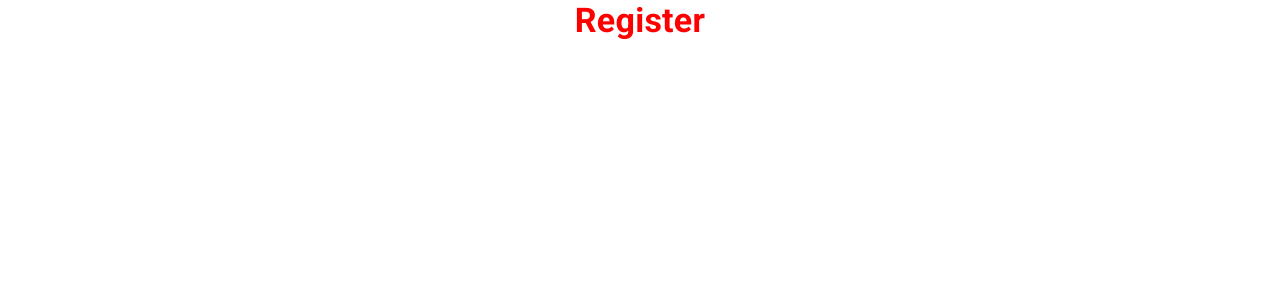
Repository: Sharif-00112/dogos-paradise-client
Page: /register
The author's editor kept a copy of each file at every save. The page is drawn from the files as they stood at one save, then again after the next save.
The browser window is 1280 px wide. The pictures show the whole page.
The project was rebuilt for these pictures with package versions that can differ from the ones it lists, and the page was loaded fresh each time. Also part of the build but not shown: src/Pages/Home/Home/Home.js, src/Pages/Login/Login/Login.js, src/Pages/NotFound/NotFound.js, src/Pages/Home/Contact/Contact.js.

Above is the page before, as saved 2022-11-30 21:12:25.

### public/index.html
<!DOCTYPE html>
<html lang="en">
  <head>
    <meta charset="utf-8" />
    <link rel="icon" href="%PUBLIC_URL%/favicon.ico" />
    <meta name="viewport" content="width=device-width, initial-scale=1" />
    <meta name="theme-color" content="#000000" />
    <meta
      name="description"
      content="Web site created using create-react-app"
    />
    <link
      rel="stylesheet" href="https://fonts.googleapis.com/css?family=Roboto:300,400,500,700&display=swap"
    />

    <link rel="apple-touch-icon" href="%PUBLIC_URL%/logo192.png" />
    <!--
      manifest.json provides metadata used when your web app is installed on a
      user's mobile device or desktop. See https://developers.google.com/web/fundamentals/web-app-manifest/
    -->
    <link rel="manifest" href="%PUBLIC_URL%/manifest.json" />
    <!--
      Notice the use of %PUBLIC_URL% in the tags above.
      It will be replaced with the URL of the `public` folder during the build.
      Only files inside the `public` folder can be referenced from the HTML.

      Unlike "/favicon.ico" or "favicon.ico", "%PUBLIC_URL%/favicon.ico" will
      work correctly both with client-side routing and a non-root public URL.
      Learn how to configure a non-root public URL by running `npm run build`.
    -->
    <title>React App</title>
  </head>
  <body>
    <noscript>You need to enable JavaScript to run this app.</noscript>
    <div id="root"></div>
    <!--
      This HTML file is a template.
      If you open it directly in the browser, you will see an empty page.

      You can add webfonts, meta tags, or analytics to this file.
      The build step will place the bundled scripts into the <body> tag.

      To begin the development, run `npm start` or `yarn start`.
      To create a production bundle, use `npm run build` or `yarn build`.
    -->
  </body>
</html>

### src/App.js
import React  from 'react';
import './App.css';
import { BrowserRouter as Router, Route, Routes} from 'react-router-dom';
import Home from './Pages/Home/Home/Home';
import Login from './Pages/Login/Login/Login';
import Register from './Pages/Login/Register/Register';
import AuthProvider from './contexts/AuthProvider/AuthProvider';
// import PrivateRoute from './Pages/Login/PrivateRoute/PrivateRoute';
import NotFound from './Pages/NotFound/NotFound';
import Contact from './Pages/Home/Contact/Contact';
// import Dashboard from './Pages/Dashboard/Dashboard/Dashboard';
// import Footer from './Pages/Shared/Footer/Footer';

function App() {
  return (
    <div className="App">
      <AuthProvider>
        <Router>
          <Routes>
            <Route exact path = '/' element={<Home/>}/>
            <Route exact path = '/home' element={<Home/>}/>
            <Route exact path = '/login' element={<Login/>}/>
            <Route exact path = '/register' element={<Register/>}/>
            <Route exact path = '/contact' element={<Contact/>}/>
            {/* <Route exact path = '/appointment' element = {
              <PrivateRoute>
                <Appointment></Appointment>
              </PrivateRoute>
            }> </Route> */}
            {/* <Route path = 'dashboard/*' element = {
              <PrivateRoute>
                <Dashboard></Dashboard>
              </PrivateRoute>
            }> </Route> */}
            <Route path = '*' element={<NotFound/>}/>
          </Routes>
          {/* <Footer></Footer>  */}
        </Router>
      </AuthProvider>
    </div>
  );
}

export default App;

### src/Pages/Login/Register/Register.js
import React from 'react';
import { Typography } from '@mui/material';

const Register = () => {
    return (
        <div>
            <Typography sx={{ mx: 3, color: 'red', fontWeight: 600 }} variant="h4" component="div">
                Register
            </Typography>
        </div>
    );
};

export default Register;

### src/contexts/AuthProvider/AuthProvider.js
import React from 'react';
import { createContext } from 'react';
import useFirebase from '../../hooks/useFirebase';

//step-1-context
export const AuthContext = createContext();

const AuthProvider = (props) => {
    //step-3-context
    const {children} = props;

    //step-5-context
    const allContexts = useFirebase();

    return (
        //step-2-context
        <AuthContext.Provider value={allContexts}>
            {children}
        </AuthContext.Provider>
    );
};

export default AuthProvider;

### src/hooks/useFirebase.js
import { useState } from "react";
import initializeAuthentication from "../Pages/Login/Firebase/firebase.initialize";
import { getAuth, signInWithPopup, GoogleAuthProvider, onAuthStateChanged, signOut, FacebookAuthProvider, createUserWithEmailAndPassword, signInWithEmailAndPassword, sendPasswordResetEmail, updatePassword, sendEmailVerification, updateProfile, getIdToken } from "firebase/auth";
import { useEffect } from "react";

initializeAuthentication();

const useFirebase = () =>{
    const [user, setUser] = useState({});
    const [error, setError] = useState('');
    const [name, setName] = useState('');
    const [email, setEmail] = useState('');
    const [password, setPassword] = useState('');
    const [isLoading, setIsLoading] = useState(true);
    const [admin, setAdmin] = useState(false);
    const [token, setToken] = useState('');

    const googleProvider = new GoogleAuthProvider();
    // const gitProvider = new GithubAuthProvider();
    const facebookProvider = new FacebookAuthProvider();
    const auth = getAuth();

    const signInUsingGoogle = () =>{
      setIsLoading(true);
      signInWithPopup(auth, googleProvider)
      .then((result) => {
          // This gives you a Google Access Token. You can use it to access the Google API.
          // const credential = GoogleAuthProvider.credentialFromResult(result);
          // const token = credential.accessToken;
          // The signed-in user info.
          setUser(result.user);
          // save user to the database
          saveUserToDB(result.user.email, result.user.displayName, 'PUT');
      }).catch((error) => {
          // Handle Errors here.
          setError(error.code);
          setError(error.message);
          // The email of the user's account used.
          setError(error.customData.email);
          // The AuthCredential type that was used.
          setError(GoogleAuthProvider.credentialFromError(error));
      }).finally(() =>{
        setIsLoading(false);
      });
    };

    const signInUsingFacebook = () =>{
      setIsLoading(true);
      signInWithPopup(auth, facebookProvider)
      .then((result) => {
        // The signed-in user info.
        setUser(result.user);
        // save user to the database
        saveUserToDB(result.user.email, result.user.displayName, 'PUT');

        // This gives you a Facebook Access Token. You can use it to access the Facebook API.
        // const credential = FacebookAuthProvider.credentialFromResult(result);
        // const accessToken = credential.accessToken;
      })
      .catch((error) => {
        // Handle Errors here.
        setError(error.code);
        setError(error.message);
        // The email of the user's account used.
        setError(error.customData.email);
        // The AuthCredential type that was used.
        setError(FacebookAuthProvider.credentialFromError(error));
      }).finally(() =>{
        setIsLoading(false);
      });
    };

    const customLogin = (email, password) =>{
      setIsLoading(true);
      signInWithEmailAndPassword(auth, email, password)
      .then((userCredential) => {
        // Signed in
        setUser(userCredential.user);
        setError('');
      })
      .catch((error) => {
        setError(error.code);
        setError(error.message);
      })
      .finally(() => setIsLoading(false));
    };

    const customRegister = (email, password) =>{
      setIsLoading(true);
      createUserWithEmailAndPassword(auth, email, password)
      .then((userCredential) => {
        // Signed in
        // const user = userCredential.user;
        // console.log(user);
        setUser(userCredential.user);
        // save user to the database
        saveUserToDB(userCredential.user.email, userCredential.user.displayName, 'POST')
        // clear error message
        setError('');
      })
      .catch((error) => {
        setError(error.code);
        setError(error.message);
      })
      .finally(() => setIsLoading(false));
    };

    const handleLoginSubmitBtn = e =>{
      e.preventDefault();
      // console.log(email, password);
      customLogin(email, password);
    }

    const handleRegisterSubmitBtn = e =>{
      e.preventDefault();
      // console.log(email, password);

      if(!/.{8,}/.test(password)){
        setError('Ensure password is of minimum length 8');
        return;
      }
      if(!/(?=.*[A-Z])/.test(password)){
        setError('Ensure password has minimum one uppercase letters');
        return;
      }
      if(!/(?=.*[!@#$%^&*()\-__+.])/.test(password)){
        setError('Ensure password has minimum one special case letter');
        return;
      }
      if(!/(?=.*[0-9])/.test(password)){
        setError('Ensure password has minimum one digits');
        return;
      }
      if(!/(?=.*[a-z])/.test(password)){
        setError('Ensure password has minimum one lowercase letters');
        return;
      }
      customRegister(email, password);
    }

    const handleNameChange = e =>{
      setName(e.target.value);
    }

    const handleEmailChange = e =>{
      setEmail(e.target.value);
    }

    const handlePasswordChange = e =>{
      setPassword(e.target.value);
    }

    const handleForgotPassword = () =>{
      sendPasswordResetEmail(auth, email)
      .then(() => {
        // Password reset email sent!
      })
      .catch((error) => {
        setError(error.code);
        setError(error.message);
      });
    }

    const handleChangePassword = () =>{
      const user = auth.currentUser;
      const newPassword = password;
      updatePassword(user, newPassword).then(() => {
        // Update successful.
      }).catch((error) => {
        setError(error.code);
        setError(error.message);
      });
    }

    const setUserName = () =>{
      updateProfile(auth.currentUser, {
        displayName: name
      }).then(() => {
        // Profile updated!
      }).catch((error) => {
        setError(error.code);
        setError(error.message);
      });
    }

    const verifyEmail = () =>{
      sendEmailVerification(auth.currentUser)
      .then(() => {
        // Email verification sent!
      }).catch((error) => {
        setError(error.code);
        setError(error.message);
      });
    }

    //observe user login change
    useEffect(()=>{
        const unsubscribe = onAuthStateChanged(auth, (user) => {
            if (user) {
              // User is signed in
              setUser(user);

              //JWT
              getIdToken(user)
              // .then(idToken => console.log(idToken))
              // .then(idToken => localStorage.setItem('idToken', idToken))
              .then(idToken => setToken(idToken))

            } else {
              // User is signed out
              setUser({});
            }
            setIsLoading(false);
          });
          return () => unsubscribe;
    },[auth]);

    // check Admin
    // useEffect( () =>{
    //   fetch(`http://localhost:3005/users/${user.email}`)
    //   .then(res => res.json())
    //   .then(data => setAdmin(data.admin))
    // } ,[user.email])

    const logout = () =>{
      setIsLoading(true);
      signOut(auth)
      .then(() => {
          // Sign-out successful.
          setUser({});
        }).catch((error) => {
          setError(error);
        }).finally(()=>{
          setIsLoading(false);
        });
    }

    const saveUserToDB = (email, displayName, method) =>{
      const user = {email, displayName};
      fetch('http://localhost:3005/users', {
          method: method,
          headers: {
              'content-type' : 'application/json'
          },
          body: JSON.stringify(user)
      })
      .then()
    }

    return {
      signInUsingGoogle,
      signInUsingFacebook,
      customLogin,
      customRegister,
      handleLoginSubmitBtn,
      handleRegisterSubmitBtn,
      handleNameChange,
      handleEmailChange,
      handlePasswordChange,
      handleForgotPassword,
      handleChangePassword,
      verifyEmail,
      setUserName,
      logout,
      user,
      admin,
      error,
      isLoading,
      token
    };
}

export default useFirebase;

### src/Pages/Login/Firebase/firebase.initialize.js
import { initializeApp } from "firebase/app";
import firebaseConfig from "./firebase.config";

const initializeAuthentication = () =>{
    initializeApp(firebaseConfig);
}

export default initializeAuthentication;

### src/Pages/Login/Firebase/firebase.config.js
// console.log(process.env);

const firebaseConfig = {
  apiKey: process.env.REACT_APP_FIREBASE_API_KEY,
  authDomain: process.env.REACT_APP_FIREBASE_AUTH_DOMAIN,
  projectId: process.env.REACT_APP_FIREBASE_PROJECT_ID,
  storageBucket: process.env.REACT_APP_FIREBASE_STORAGE_BUCKET,
  messagingSenderId: process.env.REACT_APP_FIREBASE_MESSAGING_SENDER_ID,
  appId: process.env.REACT_APP_FIREBASE_APP_ID,
  measurementId: process.env.REACT_APP_FIREBASE_MEASUREMENT_ID
};

export default firebaseConfig;

// .env.local
// REACT_APP_FIREBASE_API_KEY=AIzaSyCGaQ8G2l5KeOKX4bAJ7MC19oWW_2vnTNQ
// REACT_APP_FIREBASE_AUTH_DOMAIN=dogos-paradise.firebaseapp.com
// REACT_APP_FIREBASE_PROJECT_ID=dogos-paradise
// REACT_APP_FIREBASE_STORAGE_BUCKET=dogos-paradise.appspot.com
// REACT_APP_FIREBASE_MESSAGING_SENDER_ID=824394057307
// REACT_APP_FIREBASE_APP_ID=1:824394057307:web:727ac0c86627b9544a617e
// REACT_APP_FIREBASE_MEASUREMENT_ID=G-DL8JJ6MYSD

// const firebaseConfig = {
  // apiKey: "AIzaSyCGaQ8G2l5KeOKX4bAJ7MC19oWW_2vnTNQ",
  // authDomain: "dogos-paradise.firebaseapp.com",
  // projectId: "dogos-paradise",
  // storageBucket: "dogos-paradise.appspot.com",
  // messagingSenderId: "824394057307",
  // appId: "1:824394057307:web:727ac0c86627b9544a617e",
  // measurementId: "G-DL8JJ6MYSD"
// };

Loaded but not shown: src/index.js (common file); src/index.css (common file); src/reportWebVitals.js (common file); src/App.css (common file)

After the next save:
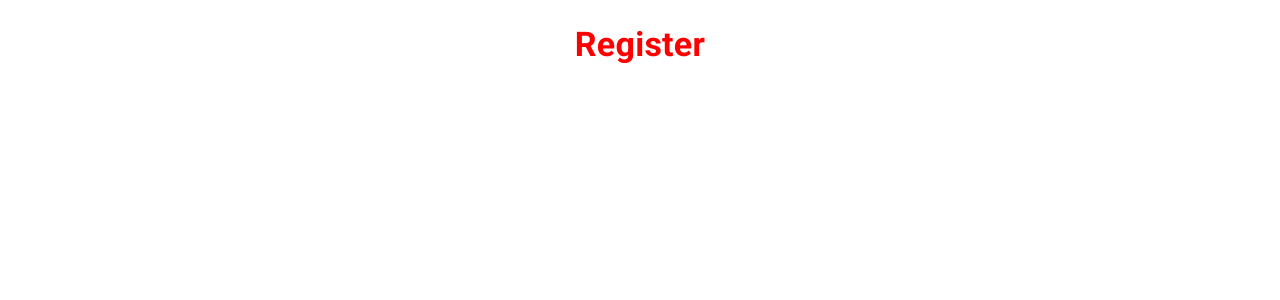
Saved 4 s later.
--- a/src/Pages/Login/Register/Register.js
+++ b/src/Pages/Login/Register/Register.js
@@ -4,7 +4,7 @@ import { Typography } from '@mui/material';
 const Register = () => {
     return (
         <div>
-            <Typography sx={{ mx: 3, color: 'red', fontWeight: 600 }} variant="h4" component="div">
+            <Typography sx={{ m: 3, color: 'red', fontWeight: 600 }} variant="h4" component="div">
                 Register
             </Typography>
         </div>
